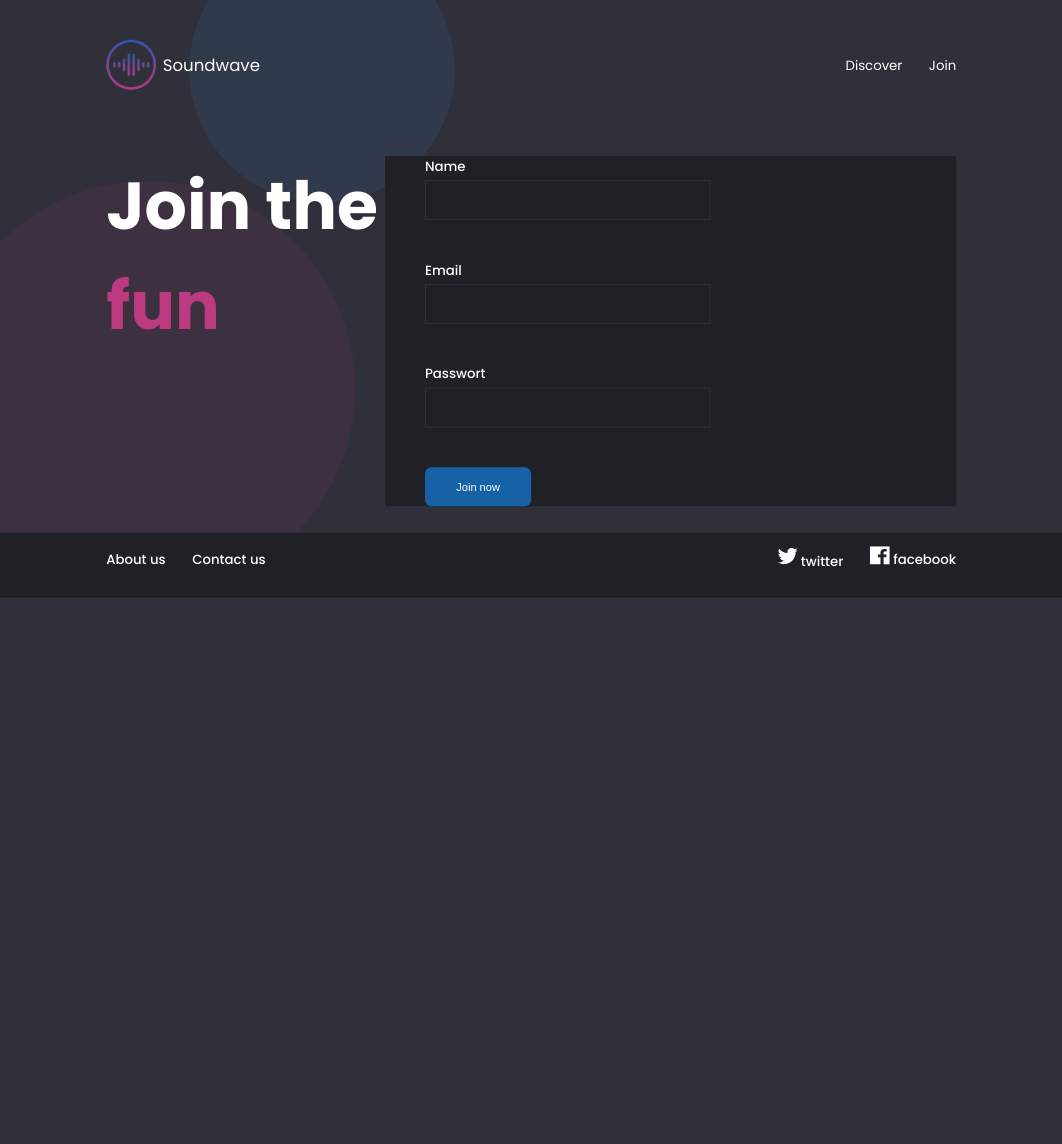
Repository: Hiiiij/soundwave
Page: pages/join.html
The author's editor kept a copy of each file at every save. The page is drawn from the files as they stood at one save, then again after a run of saves.
The browser window is 1280 px wide. The pictures show the whole page, at 83% of full size.

Above is the page before, as saved 2020-07-06 10:53:41.

After the next 2 saves:
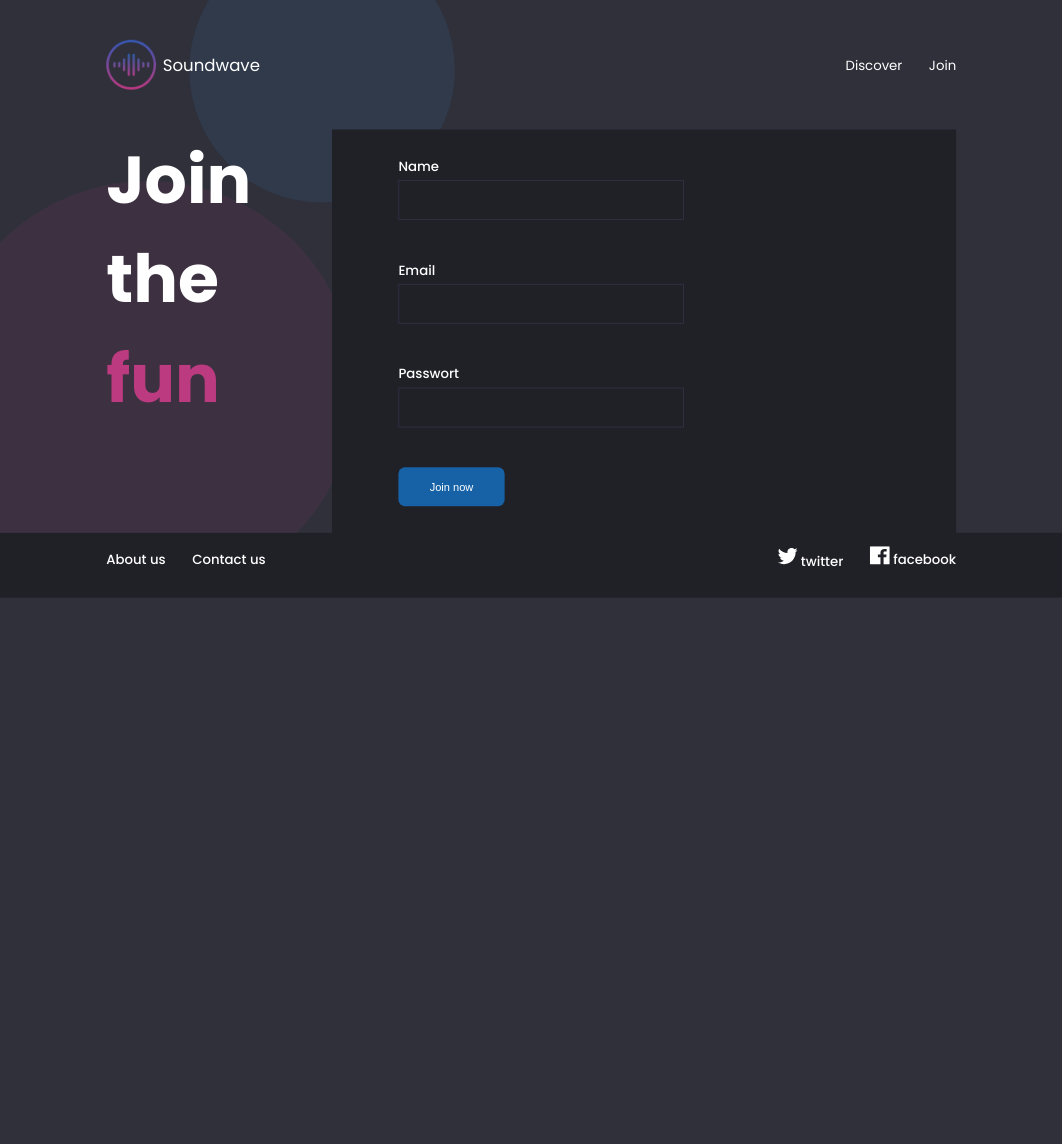
The 2 saves are shown as one change because they came seconds apart.
The last was saved 5 s later.
--- a/style.css
+++ b/style.css
@@ -385,7 +385,7 @@ span.blue.joy-2 {
   flex-grow: 1;
    align-items: center;
    background-color: var(--footer-bg);
-   padding: ;
+   padding: 2rem;
 
 }
 
